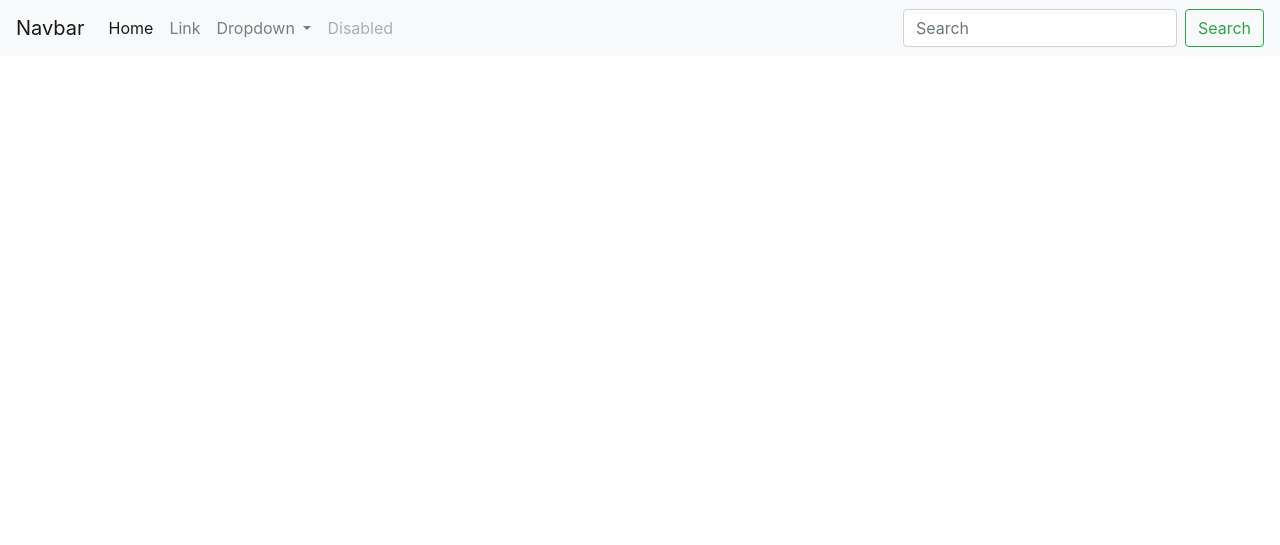
Repository: leloq/project.github.io
Page: bootstrap.html
The author's editor kept a record of every edit. The page is drawn from the files as they stood at one moment, then again after the next edit.
The browser window is 1280 px wide. The pictures show the whole page.

Above is the page before.

### bootstrap.html
<!DOCTYPE html>
<html>
<head>
<meta charset="utf-8" />
<title>Database Backend</title>
<link rel="stylesheet" type="text/css" href="style.css">
<link href="https://fonts.googleapis.com/css?family=Poiret+One&display=swap" rel="stylesheet">
<link rel="stylesheet" href="https://stackpath.bootstrapcdn.com/bootstrap/4.3.1/css/bootstrap.min.css" integrity="sha384-ggOyR0iXCbMQv3Xipma34MD+dH/1fQ784/j6cY/iJTQUOhcWr7x9JvoRxT2MZw1T" crossorigin="anonymous">

</head>
<body>

<nav class="navbar navbar-expand-lg navbar-light bg-light">
  <a class="navbar-brand" href="#">Navbar</a>
  <button class="navbar-toggler" type="button" data-toggle="collapse" data-target="#navbarSupportedContent" aria-controls="navbarSupportedContent" aria-expanded="false" aria-label="Toggle navigation">
    <span class="navbar-toggler-icon"></span>
  </button>

  <div class="collapse navbar-collapse" id="navbarSupportedContent">
    <ul class="navbar-nav mr-auto">
      <li class="nav-item active">
        <a class="nav-link" href="#">Home <span class="sr-only">(current)</span></a>
      </li>
      <li class="nav-item">
        <a class="nav-link" href="#">Link</a>
      </li>
      <li class="nav-item dropdown">
        <a class="nav-link dropdown-toggle" href="#" id="navbarDropdown" role="button" data-toggle="dropdown" aria-haspopup="true" aria-expanded="false">
          Dropdown
        </a>
        <div class="dropdown-menu" aria-labelledby="navbarDropdown">
          <a class="dropdown-item" href="#">Action</a>
          <a class="dropdown-item" href="#">Another action</a>
          <div class="dropdown-divider"></div>
          <a class="dropdown-item" href="#">Something else here</a>
        </div>
      </li>
      <li class="nav-item">
        <a class="nav-link disabled" href="#" tabindex="-1" aria-disabled="true">Disabled</a>
      </li>
    </ul>
    <form class="form-inline my-2 my-lg-0">
      <input class="form-control mr-sm-2" type="search" placeholder="Search" aria-label="Search">
      <button class="btn btn-outline-success my-2 my-sm-0" type="submit">Search</button>
    </form>
  </div>
</nav>




<script src="https://code.jquery.com/jquery-3.3.1.slim.min.js" integrity="sha384-q8i/X+965DzO0rT7abK41JStQIAqVgRVzpbzo5smXKp4YfRvH+8abtTE1Pi6jizo" crossorigin="anonymous"></script>
<script src="https://cdnjs.cloudflare.com/ajax/libs/popper.js/1.14.7/umd/popper.min.js" integrity="sha384-UO2eT0CpHqdSJQ6hJty5KVphtPhzWj9WO1clHTMGa3JDZwrnQq4sF86dIHNDz0W1" crossorigin="anonymous"></script>
<script src="https://stackpath.bootstrapcdn.com/bootstrap/4.3.1/js/bootstrap.min.js" integrity="sha384-JjSmVgyd0p3pXB1rRibZUAYoIIy6OrQ6VrjIEaFf/nJGzIxFDsf4x0xIM+B07jRM" crossorigin="anonymous"></script>
</body>
</html>

### style.css
h1 {
    color: white;
    text-align: center;
    border: 5px solid blue;
    text-align: center;
}



body {
    background-color: lightgrey;
    background-size: cover;
}

.menu {
    text-align: center;
    border: 2px solid blue;
}


.menu-element {
    border: 5px solid green;
    background-color: green;
    color: white;
    text-align: center
}

.active {
    color: red;
}

.heading-line {
    background-color: blue;
}

.heading-line :hover {
    background-color: red;
}

.content {
    text-align: center;
}

.content p {
    text-align: center;
    font-style: italic;
    font-family: 'Poiret One';

}



img {

    height: 100px;
    margin: 10px;
    transition: all 1s;
}

img:hover {
    transform: scale(1.5);
}

.container{
    display: flex;
    flex-wrap: wrap;
    justify-content: center;
    margin: 10px;
}

After the next edit:
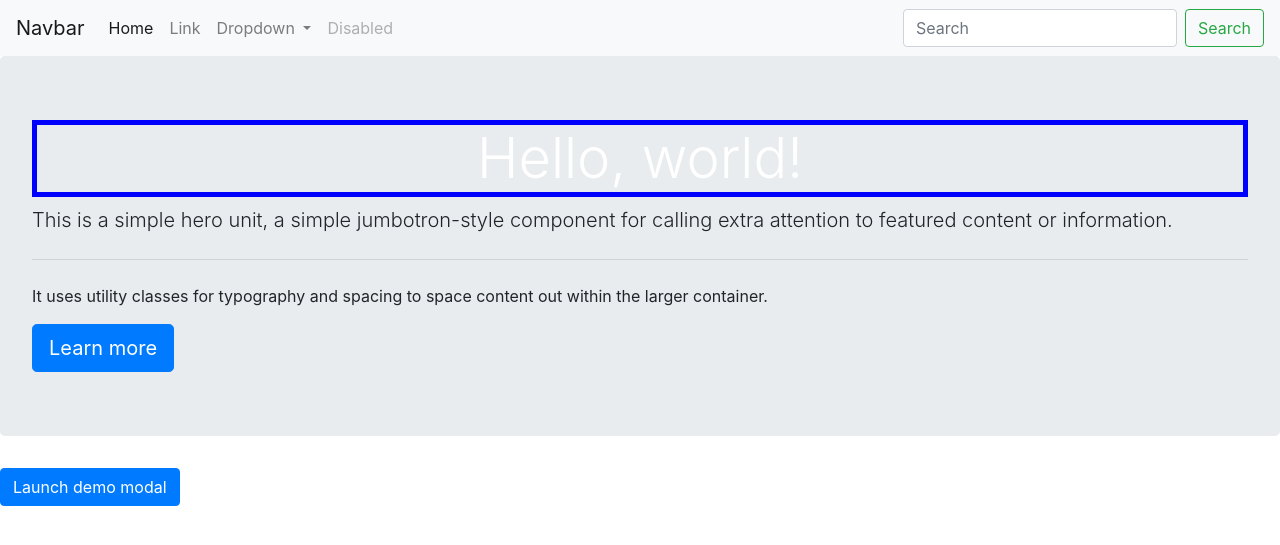
The edit:
--- a/bootstrap.html
+++ b/bootstrap.html
@@ -46,7 +46,40 @@
   </div>
 </nav>
 
+<div class="jumbotron">
+  <h1 class="display-4">Hello, world!</h1>
+  <p class="lead">This is a simple hero unit, a simple jumbotron-style component for calling extra attention to featured content or information.</p>
+  <hr class="my-4">
+  <p>It uses utility classes for typography and spacing to space content out within the larger container.</p>
+  <a class="btn btn-primary btn-lg" href="#" role="button">Learn more</a>
+</div>
 
+
+<!-- Button trigger modal -->
+<button type="button" class="btn btn-primary" data-toggle="modal" data-target="#exampleModal">
+  Launch demo modal
+</button>
+
+<!-- Modal -->
+<div class="modal fade" id="exampleModal" tabindex="-1" role="dialog" aria-labelledby="exampleModalLabel" aria-hidden="true">
+  <div class="modal-dialog" role="document">
+    <div class="modal-content">
+      <div class="modal-header">
+        <h5 class="modal-title" id="exampleModalLabel">Modal title</h5>
+        <button type="button" class="close" data-dismiss="modal" aria-label="Close">
+          <span aria-hidden="true">&times;</span>
+        </button>
+      </div>
+      <div class="modal-body">
+        ...
+      </div>
+      <div class="modal-footer">
+        <button type="button" class="btn btn-secondary" data-dismiss="modal">Close</button>
+        <button type="button" class="btn btn-primary">Save changes</button>
+      </div>
+    </div>
+  </div>
+</div>
 
 
 <script src="https://code.jquery.com/jquery-3.3.1.slim.min.js" integrity="sha384-q8i/X+965DzO0rT7abK41JStQIAqVgRVzpbzo5smXKp4YfRvH+8abtTE1Pi6jizo" crossorigin="anonymous"></script>
